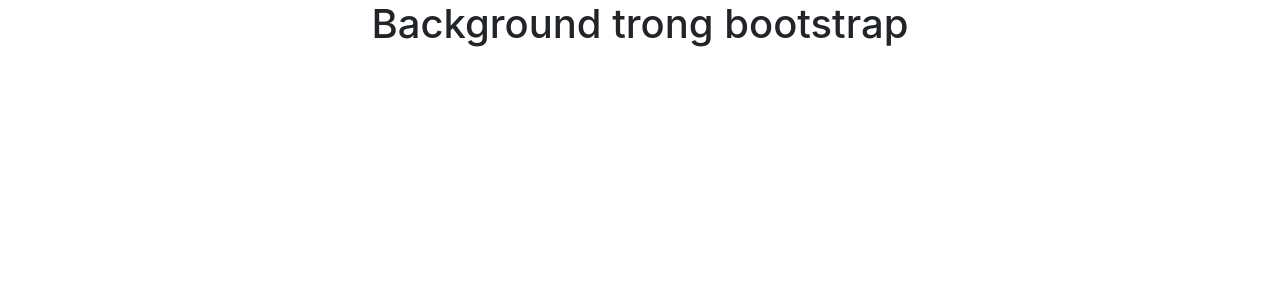
Repository: anhtu2110/front_end
Page: lesson/bootstrap/box/4.1-background.html
An editor plug-in stored every save of this project. The page is shown before and after the next save, followed by the edit.
The browser window is 1280 px wide. The pictures show the whole page.

Above is the page before, as saved 2022-12-02 07:55:19.

### lesson/bootstrap/box/4.1-background.html
<!DOCTYPE html>
<html lang="en">
  <head>
    <meta charset="UTF-8" />
    <meta http-equiv="X-UA-Compatible" content="IE=edge" />
    <meta name="viewport" content="width=device-width, initial-scale=1.0" />
    <link rel="stylesheet" href="./bootstrap/css/bootstrap.min.css" />
    <title>Background trong bootstrap</title>
  </head>
  <body>
    <div class="container">
      <div class="row">
        <div class="col-md-12">
          <h1 class="text-center">Background trong bootstrap</h1>
        </div>
      </div>
    </div>
    <script src="js/jquery-3.6.1.min.js"></script>
    <script src="js/popper.min.js"></script>
    <script src="./bootstrap/js/bootstrap.min.js"></script>
  </body>
</html>

Loaded but not shown: lesson/bootstrap/box/bootstrap/css/bootstrap.min.css (library); lesson/bootstrap/box/js/jquery-3.6.1.min.js (library); lesson/bootstrap/box/js/popper.min.js (library); lesson/bootstrap/box/bootstrap/js/bootstrap.min.js (library)

After the next save:
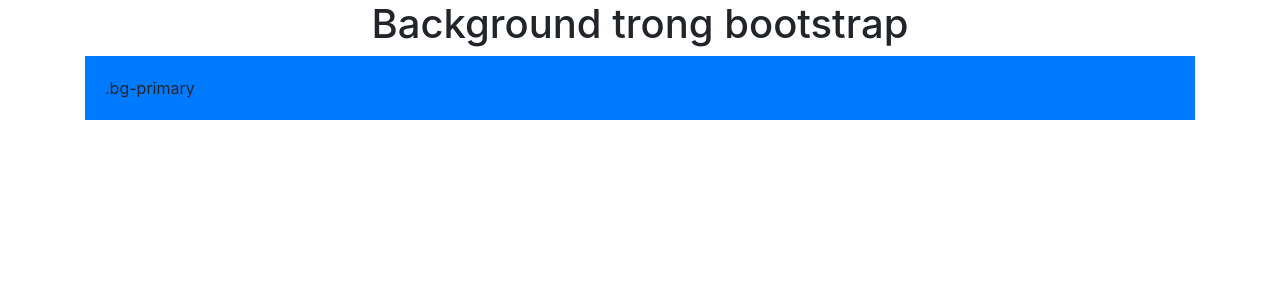
Saved 2 min 7 s later.
--- a/lesson/bootstrap/box/4.1-background.html
+++ b/lesson/bootstrap/box/4.1-background.html
@@ -8,10 +8,26 @@
     <title>Background trong bootstrap</title>
   </head>
   <body>
+    <style>
+      .box {
+        padding: 20px;
+        margin-bottom: 15px;
+      }
+    </style>
     <div class="container">
       <div class="row">
         <div class="col-md-12">
           <h1 class="text-center">Background trong bootstrap</h1>
+          <div class="box bg-primary">.bg-primary</div>
+          <div class="box"></div>
+          <div class="box"></div>
+          <div class="box"></div>
+          <div class="box"></div>
+          <div class="box"></div>
+          <div class="box"></div>
+          <div class="box"></div>
+          <div class="box"></div>
+          <div class="box"></div>
         </div>
       </div>
     </div>
